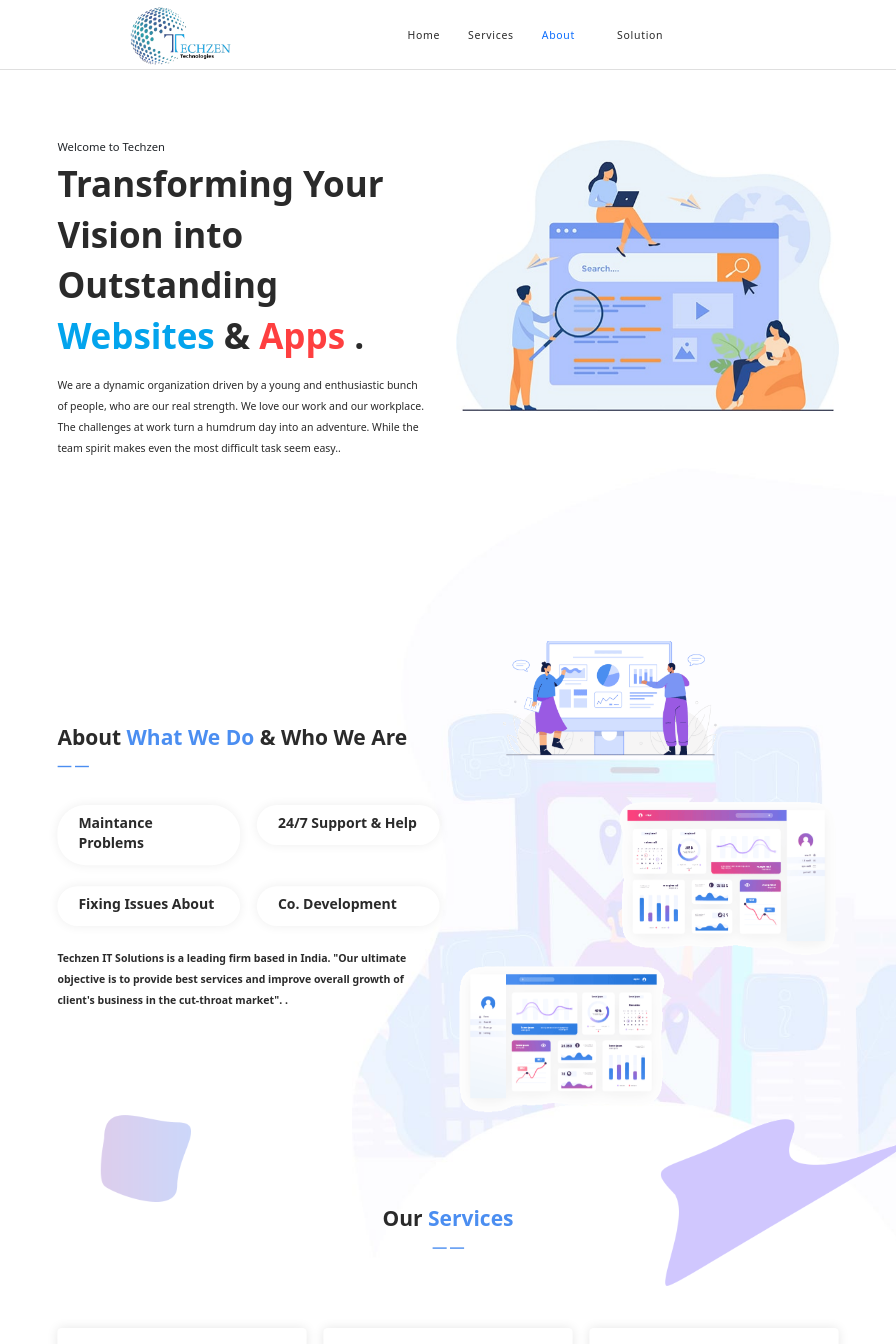
Repository: vijayholve/techzen
Page: about.html
The author's editor kept a copy of each file at every save. The page is drawn from the files as they stood at one save, then again after a run of saves.
The browser window is 1280 px wide. The pictures show the part of the page from y = 0 to 1920 px (the page is 4722 px tall before and 4746 px after), at 70% of full size.
Some web libraries are served in a nearby version.

Above is the page before, as saved 2024-11-13 16:51:00.

### about.html


<!DOCTYPE html>
<html lang="en">

  <head>

    <meta charset="UTF-8">
    <meta name="viewport" content="width=device-width, initial-scale=1, shrink-to-fit=no">
    <meta name="description" content="">
    <meta name="author" content="">
    <link rel="preconnect" href="https://fonts.googleapis.com">
    <link rel="preconnect" href="https://fonts.gstatic.com" crossorigin>
    <link href="https://fonts.googleapis.com/css2?family=Roboto:wght@100;300;400;500;700;900&display=swap" rel="stylesheet">

    <title>Techzen</title>

    <!-- Bootstrap core CSS -->
    <link href="vendor/bootstrap/css/bootstrap.min.css" rel="stylesheet">

<!--

TemplateMo 570 Chain App Dev

https://templatemo.com/tm-570-chain-app-dev

-->

    <!-- Additional CSS Files -->
    <link rel="stylesheet" href="https://use.fontawesome.com/releases/v5.8.1/css/all.css" integrity="sha384-50oBUHEmvpQ+1lW4y57PTFmhCaXp0ML5d60M1M7uH2+nqUivzIebhndOJK28anvf" crossorigin="anonymous">
    <link rel="stylesheet" href="assets/css/templatemo-chain-app-dev.css">
    <link rel="stylesheet" href="assets/css/animated.css">
    <link rel="stylesheet" href="assets/css/owl.css">
    <!-- <link rel="stylesheet" href="asse?ts/css2/templatemo-space-dynamic.css"> -->
<!-- <link rel="stylesheet" href="assets/css/style.css"> -->
<link href="https://cdn.jsdelivr.net/npm/bootstrap@5.3.0/dist/css/bootstrap.min.css" rel="stylesheet">
<link rel="stylesheet" href="assets/css/other.css">
</head>

<body>

<header class="navbar navbar-expand-lg fixed-top header-area header-sticky wow slideInDown" data-wow-duration="0.75s" data-wow-delay="0s">
  <div class="container">
    <div class="row">
      <div class="col-12">
        <nav class="main-nav">
          <!-- ***** Logo Start ***** -->
          <a href="index.html" class="logo img-fluid">
            <img src="assets/images/logo-tech.png" class="img-fluid custom-logo" alt="Chain App Dev">
          </a>

          <!-- ***** Logo End ***** -->
          <!-- ***** Menu Start ***** -->
          <ul class="nav">
            <li class="scroll-to-section"><a href="index.html">Home</a></li>
            <li class="scroll-to-section"><a href="service.html">Services</a></li>
            <li class="scroll-to-section"><a href="about.html" class="text-primary">About</a></li>
            <li class="scroll-to-section"><a href="support.html"  >Solution</a></li>
          </ul>
          <!-- ***** Menu End ***** -->
        </nav>
      </div>
    </div>
  </div>
</header>



  <div class="main-banner-about wow fadeIn" id="top" data-wow-duration="1s" data-wow-delay="0.5s">
    <div class="container">
      <div class="row">
        <div class="col-lg-12">
          <div class="row">
            <div class="col-lg-6 align-self-center">
              <div class="left-content header-text wow fadeInLeft" data-wow-duration="1s" data-wow-delay="1s">
                <h6 class="text-dark">Welcome to Techzen</h6>
                <h2>Transforming Your Vision into Outstanding <em>Websites </em> &amp; <span>Apps</span> .</h2>
                <p>We are a dynamic organization driven by a young and enthusiastic bunch of people, who are our real strength. We love our work and our workplace. The challenges at work turn a humdrum day into an adventure. While the team spirit makes even the most difficult task seem easy..</p>
                <!-- <form id="search" action="#" method="GET">
                  <fieldset>
                    <input type="address" name="address" class="email" placeholder="Your website URL..." autocomplete="on" required>
                  </fieldset>
                  <fieldset>
                    <button type="submit" class="main-button">Analyze Site</button>
                  </fieldset>
                </form> -->
              </div>
            </div>
            <div class="col-lg-6">
              <img src="assets/images/about.jpg" class="right-image-about wow fadeInRight" data-wow-duration="1s" data-wow-delay="0.5s">
                 <!-- alt="team meeting"> -->
            </div>
          </div>
        </div>
      </div>
    </div>
  </div>

  <div id="about" class="about-us section">
    <div class="container">
      <div class="row">
        <div class="col-lg-6 align-self-center">
          <div class="section-heading">
            <h4>About <em>What We Do</em> &amp; Who We Are</h4>
            <img src="assets/images/heading-line-dec.png" alt="">
            <!-- <p>Lorem ipsum dolor sit amet, consectetur adipiscing elit, sed do eismod tempor incididunt ut labore et dolore magna.</p> -->
          </div>
          <div class="row">
            <div class="col-lg-6">
              <div class="box-item">
                <h4><a href="#">Maintance Problems</a></h4>
                <!-- <p>Lorem Ipsum Text</p> -->
              </div>
            </div>
            <div class="col-lg-6">
              <div class="box-item">
                <h4><a href="#">24/7 Support &amp; Help</a></h4>
                <!-- <p>Lorem Ipsum Text</p> -->
              </div>
            </div>
            <div class="col-lg-6">
              <div class="box-item">
                <h4><a href="#">Fixing Issues About</a></h4>
                <!-- <p>Lorem Ipsum Text</p> -->
              </div>
            </div>
            <div class="col-lg-6">
              <div class="box-item">
                <h4><a href="#">Co. Development</a></h4>
                <!-- <p>Lorem Ipsum Text</p> -->
              </div>
            </div>
            <div class="col-lg-12 text-dark font-weight-bold">
              <p>Techzen IT Solutions is a leading firm based in India. "Our ultimate objective is to provide best services and improve overall growth of client's business in the cut-throat market".
                .</p>
              <div class="gradient-button">
                <!-- <a href="#">Start 14-Day Free Trial</a> -->
              </div>
              <!-- <span>*No Credit Card Required</span> -->
            </div>
          </div>
        </div>
        <div class="col-lg-6">
          <div class="right-image">
            <img src="assets/images/about-right-dec.png" alt="">
          </div>
        </div>
      </div>
    </div>
  </div>


  <div id="services" class="services section">
    <div class="container">
      <div class="row">
        <div class="col-lg-8 offset-lg-2">
          <div class="section-heading  wow fadeInDown" data-wow-duration="1s" data-wow-delay="0.5s">
            <h4>Our
              <em>Services</em></h4>
            <img src="assets/images/heading-line-dec.png" alt="">

            </p>
          </div>
        </div>
      </div>
    </div>
  <div class="container">

    <div class="row g-4">
        <div class="col-lg-4 col-md-6  wow fadeInUp" data-wow-delay="0.4s">
            <div class="service-item mt-4 rounded h-100 p-5">
                <div class="d-inline-flex align-items-center justify-content-center bg-white rounded-circle mb-4" style="width: 65px; height: 65px;">
                    <img src="all images/th__8_-removebg-preview.png" alt="">
                </div>
                <h4 class="mb-3">Cloud Solutions</h4>
                <p class="mb-4">Empower your business with cloud infrastructure that scales with your growth. Our cloud
                  solutions cover everything from migration to managed services, ensuring security, flexibility,
                  and cost-efficiency.</p>
            </div>
        </div>
        <div class="col-lg-4 col-md-6 wow fadeInUp" data-wow-delay="0.4s">
            <div class="service-item mt-4 rounded h-100 p-5">
                <div class="d-inline-flex align-items-center justify-content-center bg-white rounded-circle mb-4" style="width: 65px; height: 65px;">
                    <img src="assets/images/about.jpg" alt="">
                </div>
                <h4 class="mb-3">Software Development</h4>
                <p class="mb-4">Bring your vision to life with customized software tailored to meet your specific business
                  objectives. From design to deployment, we offer full-cycle software development services.</p>
            </div>
        </div>
        <div class="col-lg-4 col-md-6 wow fadeInUp" data-wow-delay="0.4s">
            <div class="service-item mt-4 rounded h-100 p-5">
                <div class="d-inline-flex align-items-center justify-content-center bg-white rounded-circle mb-4" style="width: 65px; height: 65px;">
                    <img src="assets/images/microchip-solid__1___2_-removebg-preview.png" alt="">
                </div>
                <h4 class="mb-3">Website Development</h4>
                <p class="mb-4">A powerful website makes a powerful brand. Our expert team creates responsive, visually
                  appealing, and functionally robust websites that drive engagement and enhance your brand's
                  online presence..</p>
            </div>
        </div>
      </div>




      <div id="about" class="about-us section">
        <div class="container">
          <div class="row">
            <div class="col-lg-4">
              <div class="left-image wow fadeIn" data-wow-duration="1s" data-wow-delay="0.2s">
                <img src="assets/images/about-left-image.png" alt="person graphic">
              </div>
            </div>
            <div class="col-lg-8 align-self-center">
              <div class="services">
                <div class="row">
                  <div class="col-lg-6">
                    <div class="item wow fadeIn" data-wow-duration="1s" data-wow-delay="0.5s">
                      <div class="icon">
                        <img src="assets/images/service-icon-01.png" alt="reporting">
                      </div>
                      <div class="right-text">
                        <h4>Data Analysis</h4>
                        <p>Lorem ipsum dolor sit amet, ctetur aoi adipiscing eliter</p>
                      </div>
                    </div>
                  </div>
                  <div class="col-lg-6">
                    <div class="item wow fadeIn" data-wow-duration="1s" data-wow-delay="0.7s">
                      <div class="icon">
                        <img src="assets/images/service-icon-02.png" alt="">
                      </div>
                      <div class="right-text">
                        <h4>Data Reporting</h4>
                        <p>Lorem ipsum dolor sit amet, ctetur aoi adipiscing eliter</p>
                      </div>
                    </div>
                  </div>
                  <div class="col-lg-6">
                    <div class="item wow fadeIn" data-wow-duration="1s" data-wow-delay="0.9s">
                      <div class="icon">
                        <img src="assets/images/service-icon-03.png" alt="">
                      </div>
                      <div class="right-text">
                        <h4>Web Analytics</h4>
                        <p>Lorem ipsum dolor sit amet, ctetur aoi adipiscing eliter</p>
                      </div>
                    </div>
                  </div>
                  <div class="col-lg-6">
                    <div class="item wow fadeIn" data-wow-duration="1s" data-wow-delay="1.1s">
                      <div class="icon">
                        <img src="assets/images/service-icon-04.png" alt="">
                      </div>
                      <div class="right-text">
                        <h4>SEO Suggestions</h4>
                        <p>Lorem ipsum dolor sit amet, ctetur aoi adipiscing eliter</p>
                      </div>
                    </div>
                  </div>
                </div>
              </div>
            </div>
          </div>
        </div>
      </div>




  <footer id="newsletter">
    <div class="container">
      <div class="row">
        <div class="col-lg-8 offset-lg-2">
          <div class="section-heading">
            <h4>Techzen Technologies Private limited</h4>
          </div>
        </div>
        <div class="col-lg-6 offset-lg-3">

        </div>
      </div>
      <div class="row">
          <div class="col-lg-3">
            <div class="footer-widget">
              <h4>About Us</h4>

              <ul>
                <li><a href="index.html">Home</a></li>
                <li><a href="about.html">About</a></li>
                <li><a href="service.html">Service</a></li>
                <li><a href="support.html">Solution</a></li>
            </div>
          </div>
        <div class="col-lg-3">
          <div class="footer-widget">
            <h4>Contact Us</h4>
            <p>
              Techzen Technologies Private Limited
              Mauli Nagar, Magarpatta, Hadapsar, Pune, Maharashtra 411028</p>
            <p><a href="#">
              📞 +91 8180944800
              </a></p>
            <!--<p><a href="#"> Support: support@techzentech.in</a></p>
              <p><a href="#"> Contact: info@techzentech.in</a></p>  -->
          </div>
        </div>
        <div class="col-lg-3">
          <div class="footer-widget">
            <h4>Useful Links</h4>
            <ul>
              <li><a href="https://www.instagram.com/techzen_technologies_
                ">Instagram </a></li>
              <li><a href="https://www.linkedin.com/in/techzen-technologies-4746372a7
                ">Linkedin</a></li>
              <!-- <li><a href="#">Development</a></li>
              <li><a href="#">App News</a></li> -->
            </ul>
            <!-- <ul>
              <li><a href="#">App Dev Team</a></li>
              <li><a href="#">Digital Web</a></li>
              <li><a href="#">Normal Apps</a></li>
            </ul> -->
          </div>
        </div>
        <div class="col-lg-3">
            <div class="footer-widget">
              <h4>Technical Support </h4>
              <p>

                  <p><a href="#">  support@techzentech.in</a></p>
                  <p><a href="#">  info@techzentech.in</a></p>
                  <p><a href="#">sales@techzentech.in</a></p>
              <p><a href="#">
                📞 +91 8177816241
                </a></p>
              <!-- <p><a href="#">Sales: sales@techzentech.in</a></p> -->
              <!-- <p><a href="#"> Support: support@techzentech.in</a></p>
                <p><a href="#"> Contact: info@techzentech.in</a></p> -->
            </div>
          </div>
        <!-- <div class="col-lg-3">
          <div class="footer-widget">
            <h4>About Our Company</h4>
            <div class="logo">
              <img src="assets/images/white-logo.png" alt="">
            </div>
            <p>We are a dynamic organization driven by a young and enthusiastic bunch of people, who are our real strength. We love our work and our workplace. The challenges at work turn a humdrum day into an adventure. While the team spirit makes even the most difficult task seem easy..</p>
          </div>
        </div> -->
        <div class="col-lg-12">
          <div class="copyright-text">
            <p>Copyright © Techzen App Dev Company. All Rights Reserved.
          </div>
        </div>
      </div>
    </div>
  </footer>


 <!-- Scripts -->
 <script src="vendor/jquery/jquery.min.js"></script>
 <script src="https://code.jquery.com/jquery-3.3.1.slim.min.js" integrity="sha384-q8i/X+965DzO0rT7abK41JStQIAqVgRVzpbzo5smXKp4YfRvH+8abtTE1Pi6jizo" crossorigin="anonymous"></script>
 <script src="https://cdn.jsdelivr.net/npm/popper.js@1.14.7/dist/umd/popper.min.js" integrity="sha384-UO2eT0CpHqdSJQ6hJty5KVphtPhzWj9WO1clHTMGa3JDZwrnQq4sF86dIHNDz0W1" crossorigin="anonymous"></script>
 <script src="https://cdn.jsdelivr.net/npm/bootstrap@4.3.1/dist/js/bootstrap.min.js" integrity="sha384-JjSmVgyd0p3pXB1rRibZUAYoIIy6OrQ6VrjIEaFf/nJGzIxFDsf4x0xIM+B07jRM" crossorigin="anonymous"></script> <script src="assets/js/owl-carousel.js"></script>
 <script src="assets/js/animation.js"></script>


</body>
</html>

### assets/css/other.css

.contact-us {
    padding: 160px 0px;
    background-image: url(../images/White_Colorful_Modern_Diagram_Graph__4_-removebg-preview.png);
    background-repeat: no-repeat;
    background-position: center center;
    background-size: cover;
  }

  .contact-us .section-heading h2,
  .contact-us .section-heading h2 em,
  .contact-us .section-heading h2 span {
    color: #fff;
  }

  .contact-us .section-heading p {
    color: #fff;
    margin-top: 30px;
  }

  .phone-info {
    margin-top: 40px;
  }

  .phone-info h4 {
    font-size: 20px;
    font-weight: 700;
    color: #fff;
  }

  .phone-info h4 span i {
    width: 46px;
    height: 46px;
    display: inline-block;
    text-align: center;
    line-height: 46px;
    background-color: #fff;
    border-radius: 50%;
    color: #ff3b2c;
    font-size: 22px;
    margin-left: 30px;
    margin-right: 15px;
  }

  .phone-info h4 span a {
    color: #fff;
    font-size: 15px;
    font-weight: 400;
  }

  form#contact .contact-dec {
    position: absolute;
    right: -166px;
    bottom: 0;
  }

  form#contact .contact-dec img {
    max-width: 178px;
  }

  form#contact {
    margin-left: 30px;
    position: relative;
    background-color: #fff;
    padding: 60px 30px;
    border-radius: 20px;
  }

  form#contact input {
    width: 100%;
    height: 46px;
    border-radius: 33px;
    background-color: #d1f3ff;
    border: none;
    outline: none;
    font-size: 15px;
    font-weight: 300;
    color: #2a2a2a;
    padding: 0px 20px;
    margin-bottom: 20px;
  }

  form#contact input::placeholder {
    color: #2a2a2a;
  }

  form#contact textarea {
    width: 100%;
    min-width: 100%;
    max-width: 100%;
    max-height: 180px;
    min-height: 140px;
    height: 140px;
    border-radius: 20px;
    background-color: #d1f3ff;
    border: none;
    outline: none;
    font-size: 15px;
    font-weight: 300;
    color: #2a2a2a;
    padding: 15px 20px;
    margin-bottom: 20px;
  }

  form#contact textarea::placeholder {
    color: #2a2a2a;
  }

  form#contact button {
    display: inline-block;
    background-color: #03a4ed;
    font-size: 15px;
    font-weight: 400;
    color: #fff;
    text-transform: capitalize;
    padding: 12px 25px;
    border-radius: 23px;
    letter-spacing: 0.25px;
    border: none;
    outline: none;
    transition: all .3s;
  }

  form#contact button:hover {
    background-color: #fe3f40;
  }

  .img-service{
    width: 250px;
    height: auto;
    margin-bottom: 20px;
  }

.header-area {
  z-index: 1000; /* Ensure it stays on top of other elements */
}
.custom-logo {
max-width: 150px; /* Set your preferred maximum width */
height: auto; /* Maintains aspect ratio */
}

/* </style */

.main-nav .nav {
display: none;
}

.main-nav .nav.active {
display: block;
}
.menu-trigger {
display: inline-block;
cursor: pointer;
}

.menu-trigger span {
display: block;
background: #333;
width: 30px;
height: 3px;
margin: 5px 0;
}




.main-banner-about .left-content h2 {
font-size: 50px;
font-weight: 700;
color: #2a2a2a;
line-height: 72px;
}

.main-banner-about .left-content h2 em {
color: #03a4ed;
font-style: normal;
}

.main-banner-about .left-content h2 span {
color: #fe3f40;
}

.main-banner-about .left-content p {
margin: 20px 0px;
}

.main-banner-about .left-content form {
margin-top: 30px;
width: 470px;
height: 66px;
position: relative;
}


.menu-trigger {
display: inline-block;
cursor: pointer;
}

.menu-trigger span {
display: block;
background: #333;
width: 30px;
height: 3px;
margin: 5px 0;
}

Loaded but not shown: vendor/bootstrap/css/bootstrap.min.css (library); assets/css/animated.css (common file); vendor/jquery/jquery.min.js (library); assets/js/owl-carousel.js (3448 lines, source omitted); assets/js/animation.js (193 lines, source omitted); assets/css/templatemo-chain-app-dev.css (2272 lines, source omitted); assets/css/owl.css (186 lines, source omitted)

After the next 2 saves:
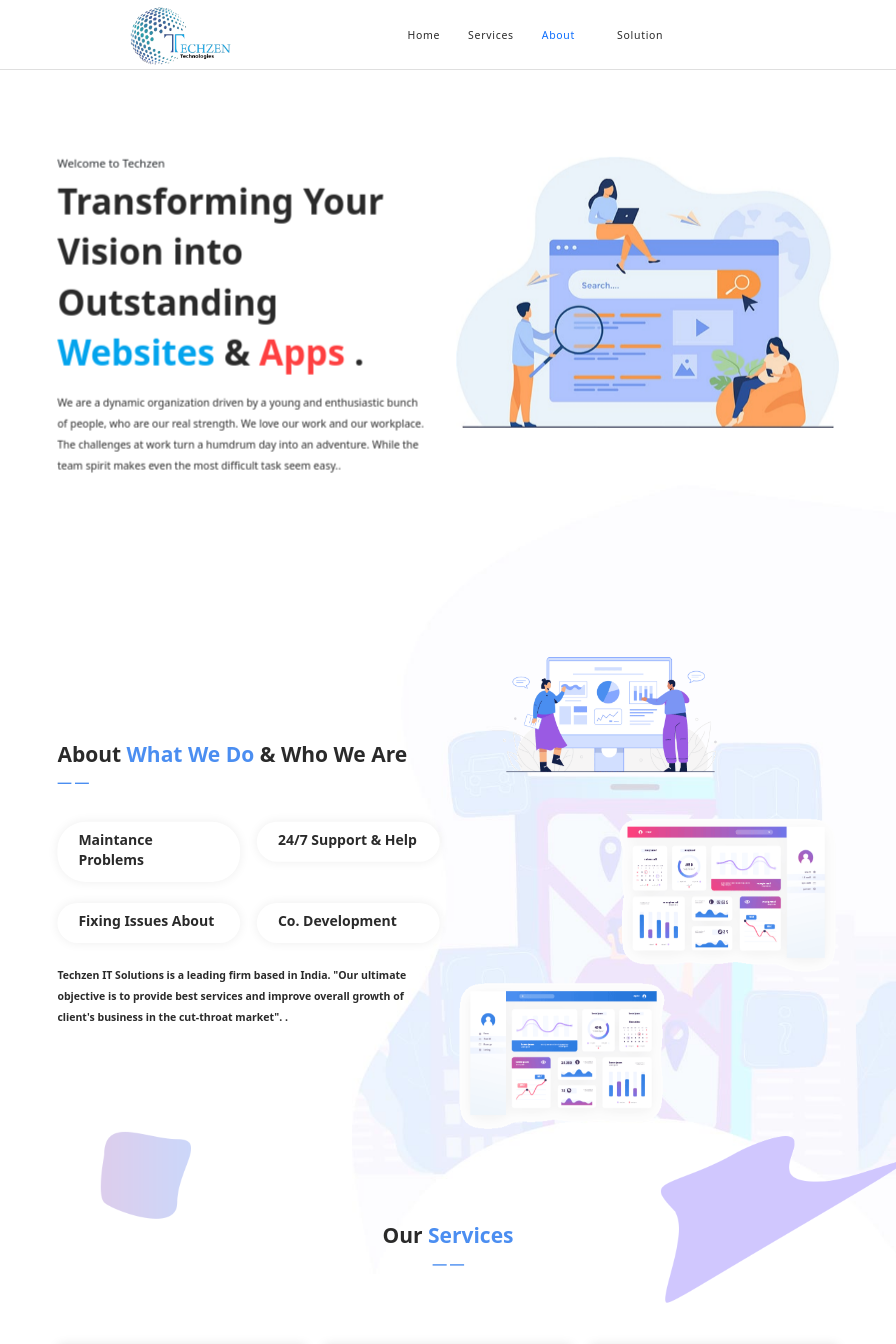
The 2 saves are shown as one change because they came seconds apart.
The last was saved 42 s later.
--- a/about.html
+++ b/about.html
@@ -17,7 +17,7 @@
 
     <!-- Bootstrap core CSS -->
     <link href="vendor/bootstrap/css/bootstrap.min.css" rel="stylesheet">
-
+link:
 <!--
 
 TemplateMo 570 Chain App Dev
